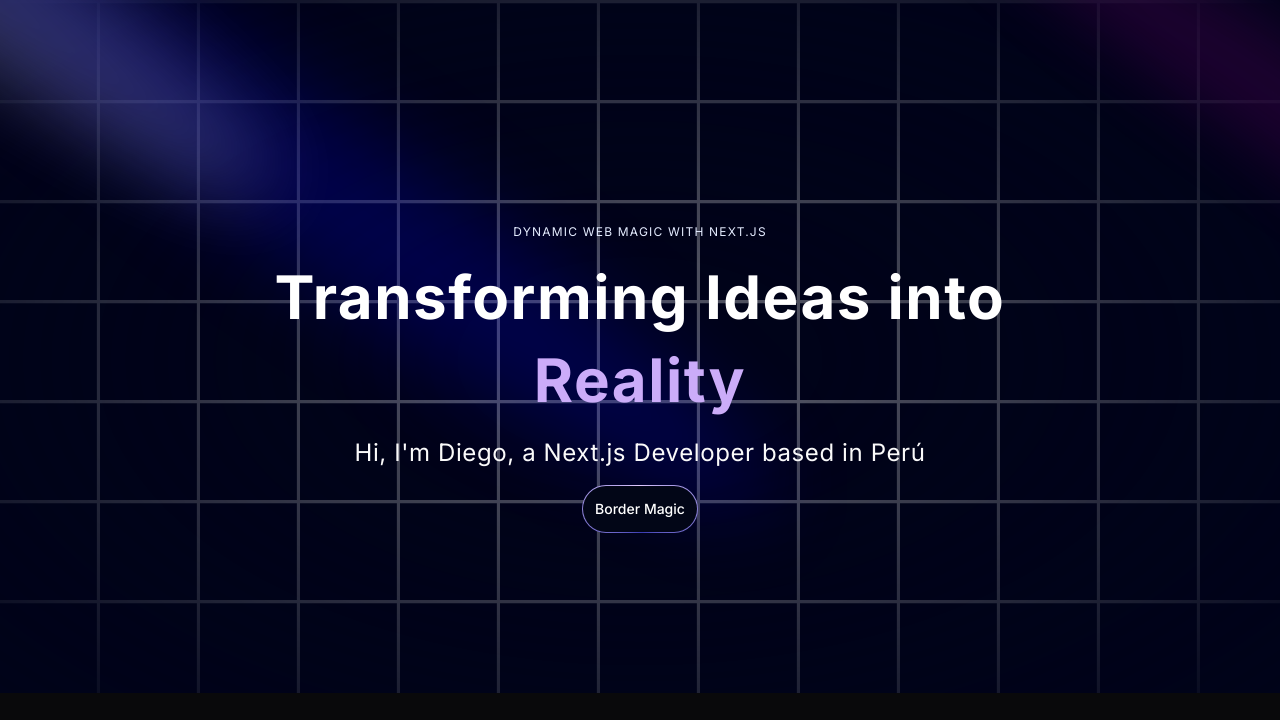
Repository: drsamame/portfolio.next
Page: /
These files come from the project's save history. The page is drawn as it stood at one moment and after the next save; the edit follows.
The browser window is 1280 px wide. The pictures show the whole page.
The project was rebuilt for these pictures with package versions that can differ from the ones it lists, and the page was loaded fresh each time. The framework's server and built-in components were replaced by stand-ins that run in the browser. Also part of the build but not shown: next.config.mjs.

Above is the page before, as saved 2024-07-02 17:54:38.

### app/layout.tsx
import type { Metadata } from 'next';
import { Inter } from 'next/font/google';
import './globals.css';
import { ThemeProvider } from './provider';

const inter = Inter({ subsets: ['latin'] });

export const metadata: Metadata = {
	title: "Diego's Portfolio",
	description: 'Modern & Minimalist JS Mastery Portfolio',
};

export default function RootLayout({
	children,
}: Readonly<{
	children: React.ReactNode;
}>) {
	return (
		<html lang="en">
			<body className={inter.className}>
				<ThemeProvider
					attribute="class"
					defaultTheme="dark"
					enableSystem
					disableTransitionOnChange
				>
					{children}
				</ThemeProvider>
			</body>
		</html>
	);
}

### app/page.tsx
import Hero from "@/components/Hero";


export default function Home() {
  return (
    <main className="relative bg-black-100 flex justify-center items-center flex-col overflow-hidden mx-auto sm:px-10 px-5">
      <div className="max-w-7xl w-full">
        <Hero />
      </div>
    </main>
  );
}

### components/Hero.tsx
import React from 'react';
import { Spotlight } from '@/components/ui/Spotlight';
import { TextGenerateEffect } from './ui/TextGenerateEffect';
import MagicButton from './ui/MagicButton';

function Hero() {
	return (
		<div className="pb-20 pt-36">
			<div>
				{' '}
				<Spotlight
					className="-top-40 -left-10 md:-left-32 md:-top-20p h-screen"
					fill="white"
				/>
				<Spotlight
					className="top-10 left-full h-[80vh] w-[50vw]"
					fill="purple"
				/>
				<Spotlight className="top-28 left-80 h-[80-vh] w-[50vw]" fill="blue" />
			</div>
			<div className="h-screen w-full dark:bg-black-100 bg-white  dark:bg-grid-white/[0.3] bg-grid-black/[0.2] flex items-center justify-center absolute left-0 top-0">
				<div className="absolute pointer-events-none inset-0 flex items-center justify-center dark:bg-black-100 bg-white [mask-image:radial-gradient(ellipse_at_center,transparent_20%,black)]"></div>
			</div>
			<div className="flex justify-center relative my-20 z-10">
				<div className="max-w-[89vw] md:max-w-2xl lg:max-w-[60vw] flex flex-col items-center justify-center">
					<h2 className="uppercase tracking-widest text-xs text-center text-blue-100 max-w-80">
						DYNAMIC WEB MAGIC WITH NEXT.JS
					</h2>
					<TextGenerateEffect
						className="text-center text-[40px] md:text-5xl lg:text-6xl"
						words={'Transforming Ideas into Reality'}
					></TextGenerateEffect>
					<p className='text-center md:tracking-wide mb-4 text-sm md:text-lg lg:text-2xl'>Hi, I&apos;m Diego, a Next.js Developer based in Perú</p>
					<MagicButton />
				</div>
			</div>
		</div>
	);
}

export default Hero;

### components/ui/Spotlight.tsx
import React from "react";
import { cn } from "@/utils/cn";

type SpotlightProps = {
  className?: string;
  fill?: string;
};

export const Spotlight = ({ className, fill }: SpotlightProps) => {
  return (
    <svg
      className={cn(
        "animate-spotlight pointer-events-none absolute z-[1]  h-[169%] w-[138%] lg:w-[84%] opacity-0",
        className
      )}
      xmlns="http://www.w3.org/2000/svg"
      viewBox="0 0 3787 2842"
      fill="none"
    >
      <g filter="url(#filter)">
        <ellipse
          cx="1924.71"
          cy="273.501"
          rx="1924.71"
          ry="273.501"
          transform="matrix(-0.822377 -0.568943 -0.568943 0.822377 3631.88 2291.09)"
          fill={fill || "white"}
          fillOpacity="0.21"
        ></ellipse>
      </g>
      <defs>
        <filter
          id="filter"
          x="0.860352"
          y="0.838989"
          width="3785.16"
          height="2840.26"
          filterUnits="userSpaceOnUse"
          colorInterpolationFilters="sRGB"
        >
          <feFlood floodOpacity="0" result="BackgroundImageFix"></feFlood>
          <feBlend
            mode="normal"
            in="SourceGraphic"
            in2="BackgroundImageFix"
            result="shape"
          ></feBlend>
          <feGaussianBlur
            stdDeviation="151"
            result="effect1_foregroundBlur_1065_8"
          ></feGaussianBlur>
        </filter>
      </defs>
    </svg>
  );
};

### components/ui/TextGenerateEffect.tsx
"use client";
import { useEffect } from "react";
import { motion, stagger, useAnimate } from "framer-motion";
import { cn } from "@/utils/cn";

export const TextGenerateEffect = ({
  words,
  className,
}: {
  words: string;
  className?: string;
}) => {
  const [scope, animate] = useAnimate();
  let wordsArray = words.split(" ");
  useEffect(() => {
    animate(
      "span",
      {
        opacity: 1,
      },
      {
        duration: 2,
        delay: stagger(0.2),
      }
    );
  }, [scope.current]);

  const renderWords = () => {
    return (
      <motion.div ref={scope}>
        {wordsArray.map((word, idx) => {
          return (
            <motion.span
              key={word + idx}
              className={`${ idx > 2 ? 'text-purple': 'dark:text-white text-black'}  opacity-0`}
            >
              {word}{" "}
            </motion.span>
          );
        })}
      </motion.div>
    );
  };

  return (
    <div className={cn("font-bold", className)}>
      <div className="my-4">
        <div className=" dark:text-white text-black leading-snug tracking-wide">
          {renderWords()}
        </div>
      </div>
    </div>
  );
};

### components/ui/MagicButton.tsx
import React from 'react';

function MagicButton() {
	return (
		<button className="relative inline-flex h-12 overflow-hidden rounded-full p-[1px] focus:outline-none focus:ring-2 focus:ring-slate-400 focus:ring-offset-2 focus:ring-offset-slate-50">
			<span className="absolute inset-[-1000%] animate-[spin_2s_linear_infinite] bg-[conic-gradient(from_90deg_at_50%_50%,#E2CBFF_0%,#393BB2_50%,#E2CBFF_100%)]" />
			<span className="inline-flex h-full w-full cursor-pointer items-center justify-center rounded-full bg-slate-950 px-3 py-1 text-sm font-medium text-white backdrop-blur-3xl">
				Border Magic
			</span>
		</button>
	);
}

export default MagicButton;

Loaded but not shown: app/globals.css (common file); app/provider.tsx (common file); utils/cn.ts (common file); tailwind.config.ts (common file)

After the next save:
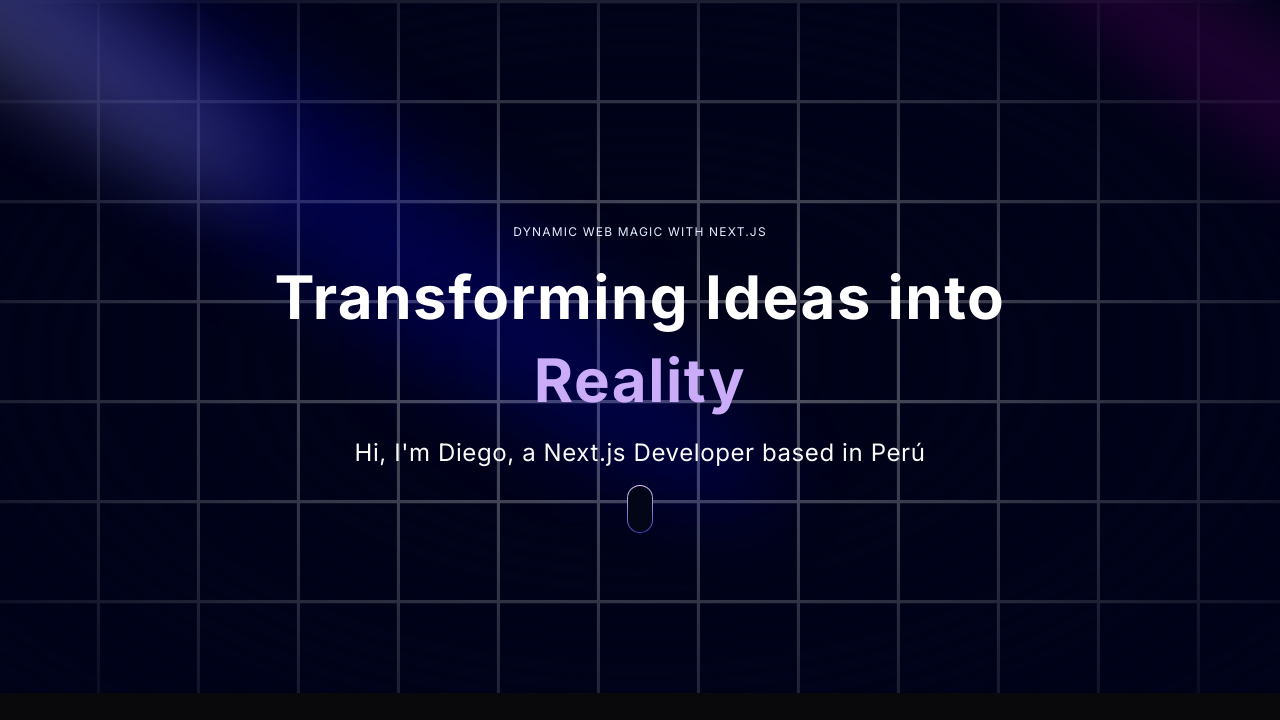
Saved 18 s later.
--- a/components/ui/MagicButton.tsx
+++ b/components/ui/MagicButton.tsx
@@ -1,11 +1,11 @@
 import React from 'react';
 
-function MagicButton() {
+function MagicButton({children}) {
 	return (
 		<button className="relative inline-flex h-12 overflow-hidden rounded-full p-[1px] focus:outline-none focus:ring-2 focus:ring-slate-400 focus:ring-offset-2 focus:ring-offset-slate-50">
 			<span className="absolute inset-[-1000%] animate-[spin_2s_linear_infinite] bg-[conic-gradient(from_90deg_at_50%_50%,#E2CBFF_0%,#393BB2_50%,#E2CBFF_100%)]" />
 			<span className="inline-flex h-full w-full cursor-pointer items-center justify-center rounded-full bg-slate-950 px-3 py-1 text-sm font-medium text-white backdrop-blur-3xl">
-				Border Magic
+				{children}
 			</span>
 		</button>
 	);
